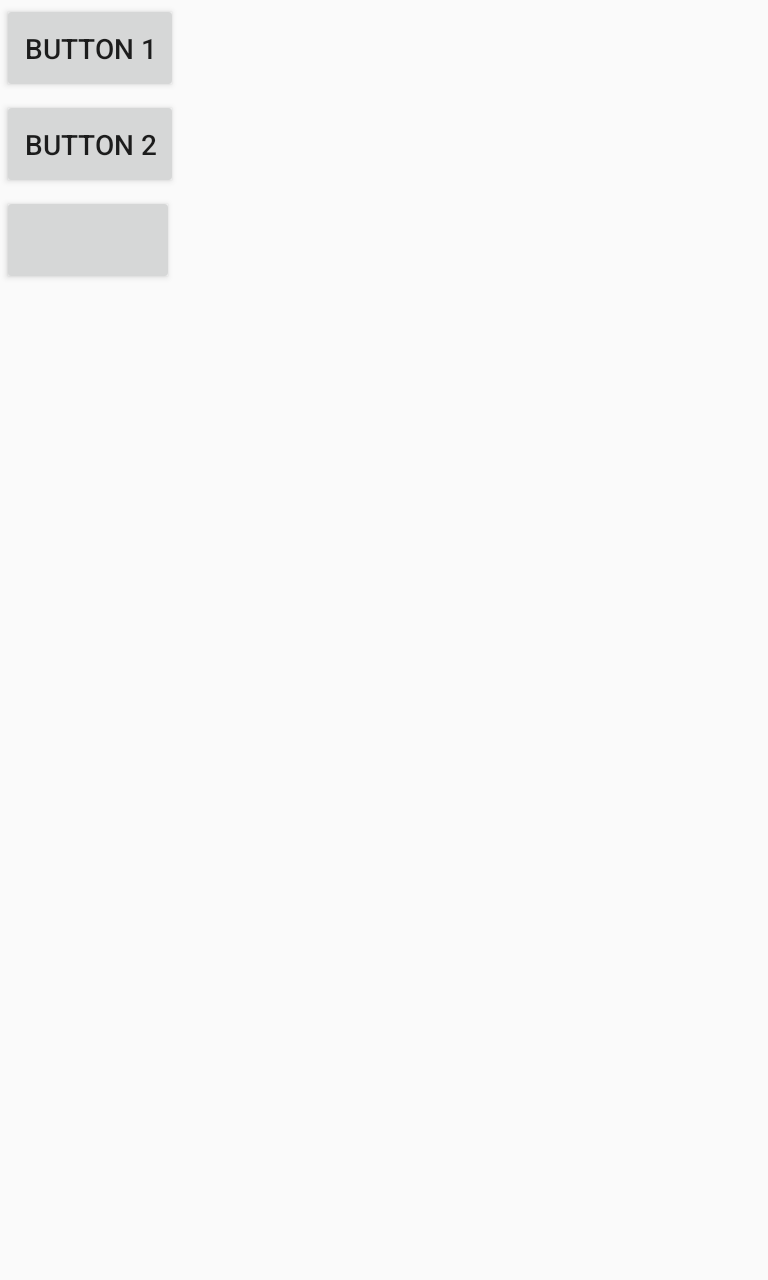
Repository: guyuzhilian/Programs
Layout: Android/UILayoutTest/res/layout/activity_main.xml
These files come from the project's save history. The layout is drawn as it stood at one moment and after the next save; the edit follows.
It is drawn on a 768 x 1280 px phone screen (xhdpi) without system bars, with theme AppTheme; the app's code is not run.

Above is the layout before, as saved 2015-06-25 08:25:06.

After the next save:
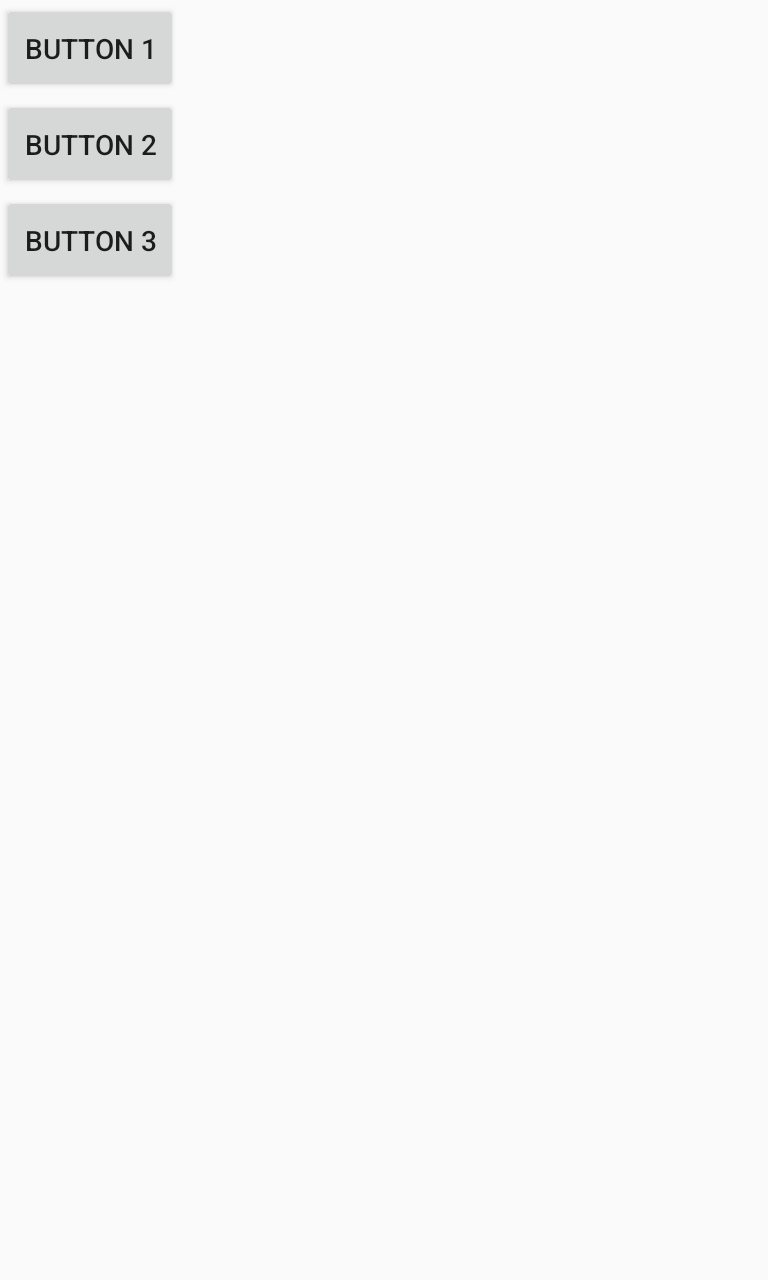
Saved 7 s later.
--- a/Android/UILayoutTest/res/layout/activity_main.xml
+++ b/Android/UILayoutTest/res/layout/activity_main.xml
@@ -21,5 +21,6 @@
         android:id="@+id/button3"
         android:layout_width="wrap_content"
         android:layout_height="wrap_content"
+        android:text="Button 3"
         />
 </LinearLayout>
